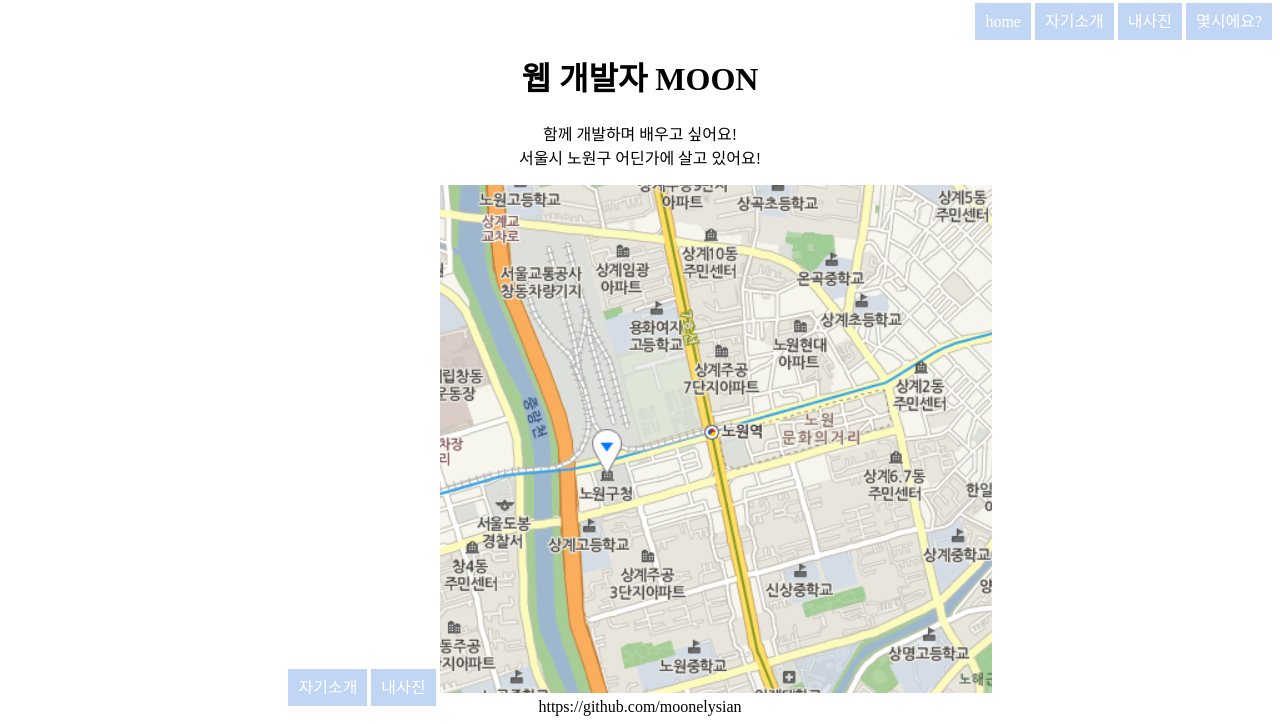
Repository: moonelysian/edwith-
Page: BE_PJT1-1/WebContent/index.html
These files come from the project's save history. The page is drawn as it stood at one moment and after the next save; the edit follows.
The browser window is 1280 px wide. The pictures show the whole page.

Above is the page before, as saved 2019-08-07 05:21:24.

After the next save:
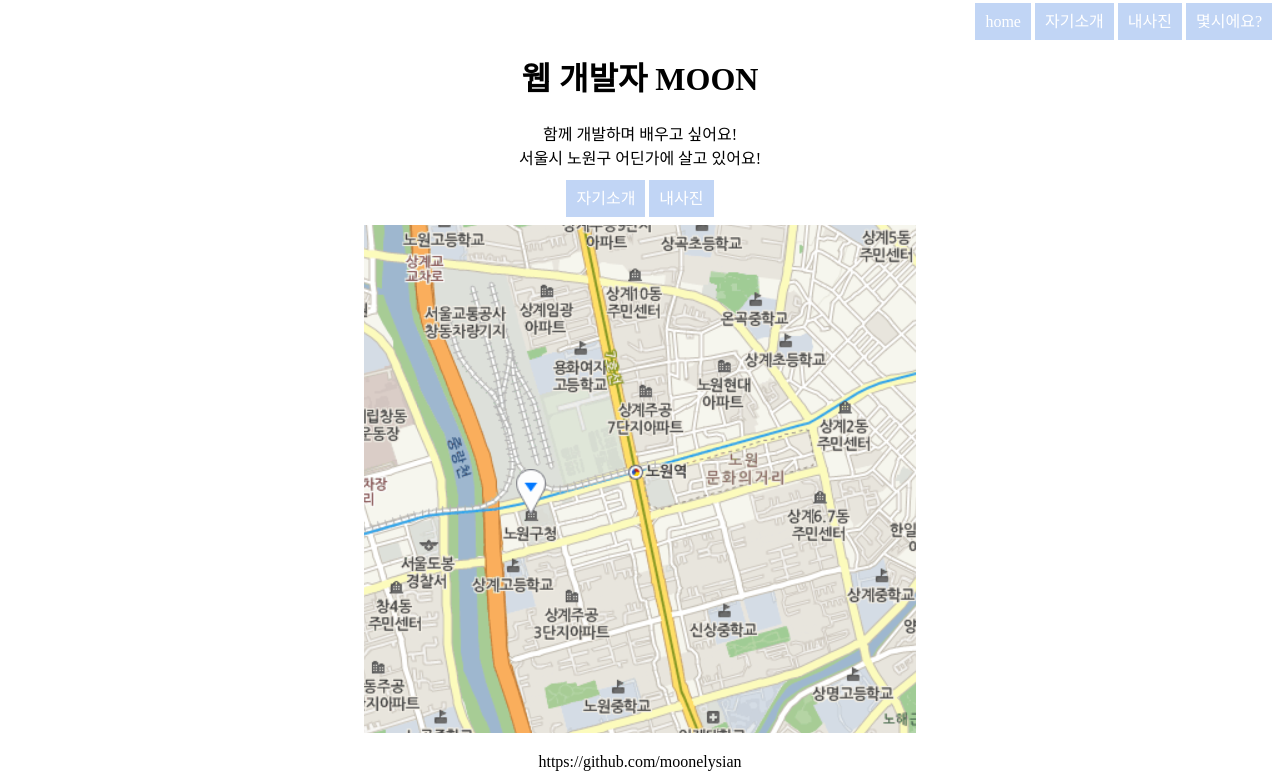
Saved 38 s later.
--- a/BE_PJT1-1/WebContent/index.html
+++ b/BE_PJT1-1/WebContent/index.html
@@ -21,7 +21,9 @@
 		</p>
 		<a href="aboutme.html">자기소개</a>
 		<a href="picture.html">내사진</a>
-		<img src="image\ds.PNG">
+		<p>
+			<img src="image\ds.PNG">
+		</p>
 
 	</body>
 
